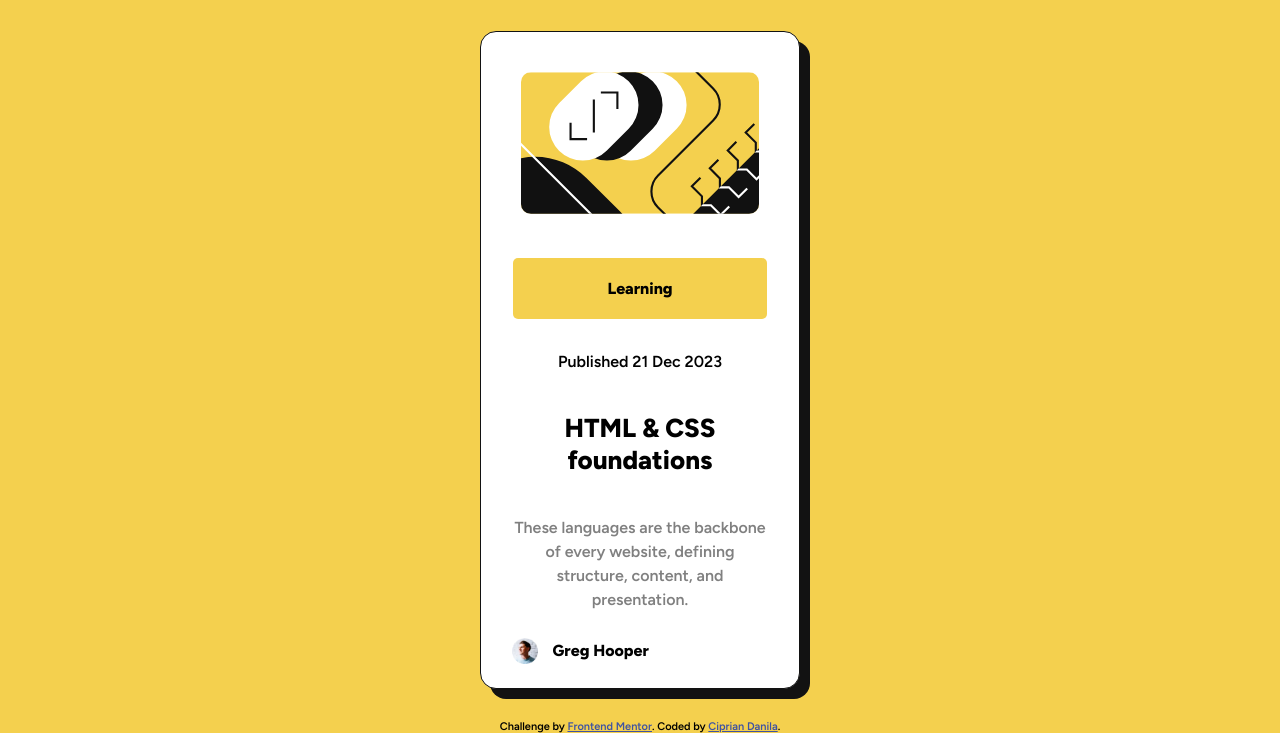
Repository: cipdanila/blog-preview-card
Page: index.html
These files come from the project's save history. The page is drawn as it stood at one moment and after the next save; the edit follows.
The browser window is 1280 px wide. The pictures show the whole page.

Above is the page before, as saved 2024-01-28 14:05:36.

After the next save:
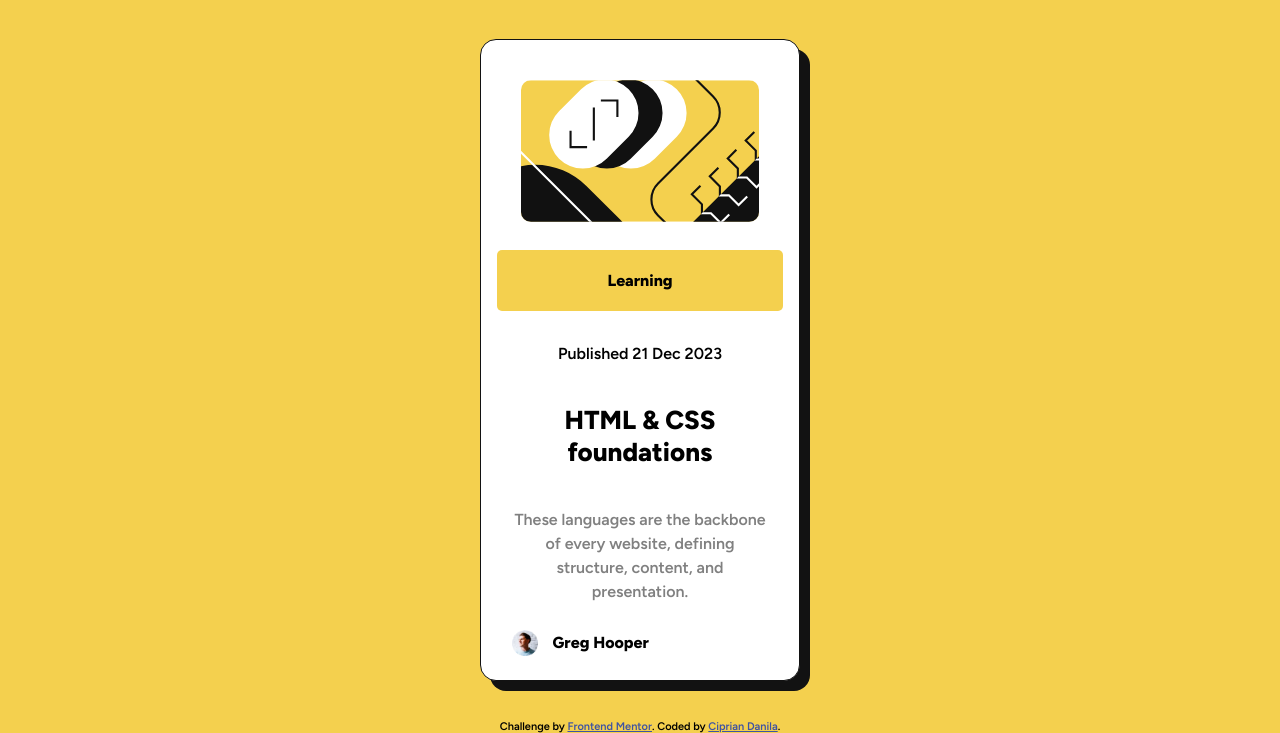
Saved 11 s later.
--- a/style.css
+++ b/style.css
@@ -61,7 +61,7 @@
 
 .learning {
     background-color: var(--yellow);
-    margin: 1rem;
+    margin-bottom: 1rem;
     padding: 5px 10px;
     border-radius: 5px;
     font-weight: 800;
